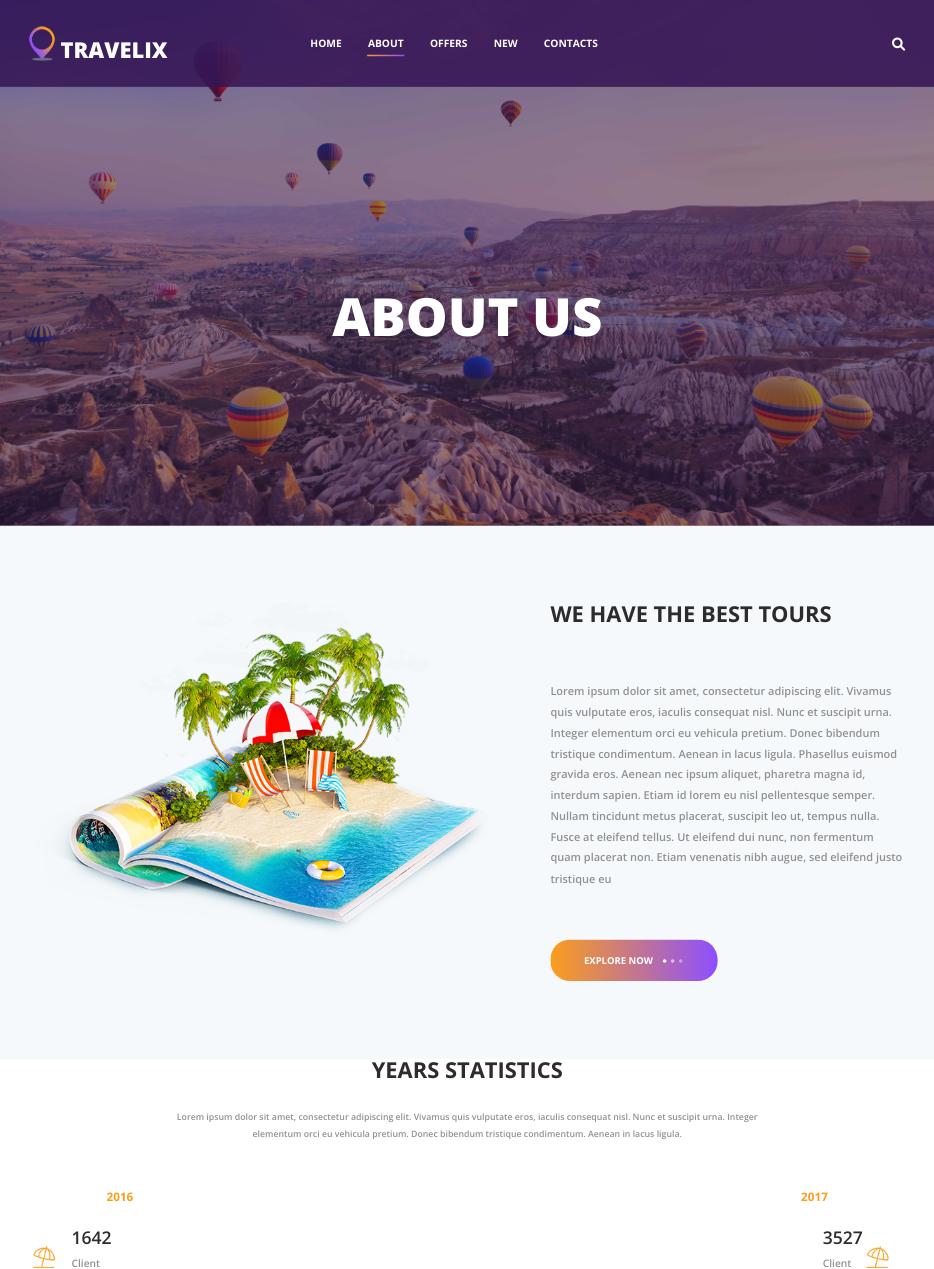
Repository: phamhuuloc/Travelix_Template
Page: about.html
An editor plug-in stored every save of this project. The page is shown before and after the next save, followed by the edit.
The browser window is 1280 px wide. The pictures show the whole page, at 73% of full size.
Backgrounds fixed to the window are drawn as part of the page. Some web fonts or font styles are not loaded; a fallback is used.

Above is the page before, as saved 2021-10-13 09:23:12.

### about.html
<!DOCTYPE html>
<html lang="en">
  <head>
    <meta charset="UTF-8" />
    <meta http-equiv="X-UA-Compatible" content="IE=edge" />
    <meta name="viewport" content="width=device-width, initial-scale=1.0" />
    <title>Document</title>
    <link rel="shortcut icon" href="./assets/img/logo.png" />
    <link
      href="https://fonts.googleapis.com/css2?family=Caramel&display=swap"
      rel="stylesheet"
    />
    <!-- GOOGLE FONT -->
    <link
      href="https://fonts.googleapis.com/css2?family=Birthstone&display=swap"
      rel="stylesheet"
    />
    <!-- FONT AWESOME -->
    <link
      rel="stylesheet"
      href="https://cdnjs.cloudflare.com/ajax/libs/font-awesome/6.0.0-beta2/css/all.min.css"
      integrity="sha512-YWzhKL2whUzgiheMoBFwW8CKV4qpHQAEuvilg9FAn5VJUDwKZZxkJNuGM4XkWuk94WCrrwslk8yWNGmY1EduTA=="
      crossorigin="anonymous"
      referrerpolicy="no-referrer"
    />
    <!-- CSS -->
    <link rel="stylesheet" href="./assets/css/reset.css" />
    <link rel="stylesheet" href="./assets/css/grid.css" />
    <link rel="stylesheet" href="./assets/css/base.css" />
    <link rel="stylesheet" href="./assets/css/about.css" />
  </head>
  <body>
    <header class="header">
      <div class="header-topbar" style="display: none">
        <div class="grid wide">
          <div class="header-topbar__container">
            <div class="row">
              <div class="col l-6">
                <div class="header-topbar__contact">
                  <ul>
                    <li>
                      <a href="">+84 945 000 917</a>
                    </li>
                    <li>
                      <a href=""><i class="fab fa-pinterest"></i></a>
                    </li>
                    <li>
                      <a href=""><i class="fab fa-facebook-f"></i></a>
                    </li>
                    <li>
                      <a href=""><i class="fab fa-twitter"></i></a>
                    </li>
                    <li>
                      <a href=""><i class="fab fa-dribbble"></i></a>
                    </li>
                    <li>
                      <a href=""><i class="fab fa-behance"></i></a>
                    </li>
                    <li>
                      <a href=""><i class="fab fa-linkedin-in"></i></a>
                    </li>
                  </ul>
                </div>
              </div>
              <div class="col l-6">
                <div class="header-topbar__login">
                  <ul>
                    <li><a href="">Login</a></li>
                    <li><a href="">|</a></li>
                    <li><a href="">Register</a></li>
                  </ul>
                </div>
              </div>
            </div>
          </div>
        </div>
      </div>
      <div class="header-nav">
        <div class="grid wide">
          <div class="header-nav__container">
            <div class="row">
              <div class="col l-3">
                <div class="logo">
                  <a href="" class="logo__link">
                    <img src="./assets/img/logo.png" alt="" />
                    <h2 class="logo__text">Travelix</h2>
                  </a>
                </div>
              </div>
              <div class="col l-6 m-0 c-0">
                <div class="nav-menu">
                  <ul class="nav-menu__list">
                    <li class="nav-menu__item">
                      <a href="index.html" class="nav-menu__link">Home</a>
                    </li>
                    <li class="nav-menu__item active">
                      <a href="./about.html" class="nav-menu__link">About</a>
                    </li>
                    <li class="nav-menu__item">
                      <a href="" class="nav-menu__link">Offers</a>
                    </li>
                    <li class="nav-menu__item">
                      <a href="" class="nav-menu__link">New</a>
                    </li>
                    <li class="nav-menu__item">
                      <a href="" class="nav-menu__link">Contacts</a>
                    </li>
                  </ul>
                </div>
              </div>
              <div class="col l-3">
                <div class="header-search">
                  <i class="fas fa-search header-search__icon"></i>
                </div>
              </div>
            </div>
          </div>
        </div>
      </div>
    </header>
    <div class="home">
      <div
        class="home-background"
        style="background-image: url(./assets/img/about.jpg)"
      ></div>
      <div class="home__title"><h1>About us</h1></div>
    </div>
    <section class="intro">
      <div class="grid wide">
        <div class="intro__container">
          <div class="row">
            <div class="col l-7 intro__img">
              <img src="./assets/img/intro_about.png" alt="" />
            </div>
            <div class="col l-5 intro__content">
              <h2 class="intro__title">WE HAVE THE BEST TOURS</h2>
              <p class="intro__desc">
                Lorem ipsum dolor sit amet, consectetur adipiscing elit. Vivamus
                quis vulputate eros, iaculis consequat nisl. Nunc et suscipit
                urna. Integer elementum orci eu vehicula pretium. Donec bibendum
                tristique condimentum. Aenean in lacus ligula. Phasellus euismod
                gravida eros. Aenean nec ipsum aliquet, pharetra magna id,
                interdum sapien. Etiam id lorem eu nisl pellentesque semper.
                Nullam tincidunt metus placerat, suscipit leo ut, tempus nulla.
                Fusce at eleifend tellus. Ut eleifend dui nunc, non fermentum
                quam placerat non. Etiam venenatis nibh augue, sed eleifend
                justo tristique eu
              </p>
              <div class="intro__btn">
                <div class="btn">
                  <div class="btn-bg"></div>
                  <a href="#" class="btn-link">
                    explore now
                    <span></span>
                    <span></span>
                    <span></span>
                  </a>
                </div>
              </div>
            </div>
          </div>
        </div>
      </div>
    </section>
    <section class="stats">
      <div class="grid wide">
        <div class="stats__container">
          <h2 class="stats__title">YEARS STATISTICS</h2>
          <div class="wrap_text">
            <p class="stats__text">
              Lorem ipsum dolor sit amet, consectetur adipiscing elit. Vivamus
              quis vulputate eros, iaculis consequat nisl. Nunc et suscipit
              urna. Integer elementum orci eu vehicula pretium. Donec bibendum
              tristique condimentum. Aenean in lacus ligula.
            </p>
          </div>
          <div class="stats__year">
            <div class="stats__year-last">2016</div>
            <div class="stats__year-new">2017</div>
          </div>
          <div class="stats__content">
            <div class="stats__item">
              <div class="stats__last">
                <div class="stats__icon">
                  <img src="./assets/img/stats_1.png" alt="" />
                </div>
                <div class="stats__content">
                  <div class="stats__number">1642</div>
                  <div class="stats__type">Client</div>
                </div>
              </div>
              <div class="stats__bar">
                <div class="stats__bar-perc"></div>
              </div>
              <div class="stats__new">
                <div class="stats__content">
                  <div class="stats__number">3527</div>
                  <div class="stats__type">Client</div>
                </div>
                <div class="stats__icon">
                  <img src="./assets/img/stats_1.png" alt="" />
                </div>
              </div>
            </div>
          </div>
        </div>
      </div>
    </section>
  </body>
</html>

### assets/css/grid.css
.grid {
  width: 100%;
  padding: 0;
}
.grid.wide {
  max-width: 1200px;

  margin: 0 auto;
}
.row {
  display: flex;
  flex-wrap: wrap;
  margin-left: -4px;
  margin-right: -4px;
}
.row.no-gutters {
  margin-left: 0;
  margin-right: 0;
}
.col {
  padding-left: 4px;
  padding-right: 4px;
}
.row.no-gutters .col {
  margin-left: 0;
  margin-right: 0;
}

.c-0 {
  display: none;
}

.c-1 {
  flex: 0 0 8.33333%;
  max-width: 8.33333%;
}

.c-2 {
  flex: 0 0 16.66667%;
  max-width: 16.66667%;
}

.c-3 {
  flex: 0 0 25%;
  max-width: 25%;
}

.c-4 {
  flex: 0 0 33.33333%;
  max-width: 33.33333%;
}

.c-5 {
  flex: 0 0 41.66667%;
  max-width: 41.66667%;
}

.c-6 {
  flex: 0 0 50%;
  max-width: 50%;
}

.c-7 {
  flex: 0 0 58.33333%;
  max-width: 58.33333%;
}

.c-8 {
  flex: 0 0 66.66667%;
  max-width: 66.66667%;
}

.c-9 {
  flex: 0 0 75%;
  max-width: 75%;
}

.c-10 {
  flex: 0 0 83.33333%;
  max-width: 83.33333%;
}

.c-11 {
  flex: 0 0 91.66667%;
  max-width: 91.66667%;
}

.c-12 {
  flex: 0 0 100%;
  max-width: 100%;
}

.c-o-1 {
  margin-left: 8.33333%;
}

.c-o-2 {
  margin-left: 16.66667%;
}

.c-o-3 {
  margin-left: 25%;
}

.c-o-4 {
  margin-left: 33.33333%;
}

.c-o-5 {
  margin-left: 41.66667%;
}

.c-o-6 {
  margin-left: 50%;
}

.c-o-7 {
  margin-left: 58.33333%;
}

.c-o-8 {
  margin-left: 66.66667%;
}

.c-o-9 {
  margin-left: 75%;
}

.c-o-10 {
  margin-left: 83.33333%;
}

.c-o-11 {
  margin-left: 91.66667%;
}
/* TABLET */
@media (min-width: 740px) {
  .row {
    margin-left: -8px;
    margin-right: -8px;
  }
  .col {
    padding-right: 8px;
    padding-left: 8px;
  }
  .m-0 {
    display: none;
  }
  .m-1,
  .m-2,
  .m-3,
  .m-4,
  .m-5,
  .m-6,
  .m-7,
  .m-8,
  .m-9,
  .m-10,
  .m-11,
  .m-12 {
    display: block;
  }

  .m-1 {
    flex: 0 0 8.33333%;
    max-width: 8.33333%;
  }

  .m-2 {
    flex: 0 0 16.66667%;
    max-width: 16.66667%;
  }

  .m-3 {
    flex: 0 0 25%;
    max-width: 25%;
  }

  .m-4 {
    flex: 0 0 33.33333%;
    max-width: 33.33333%;
  }

  .m-5 {
    flex: 0 0 41.66667%;
    max-width: 41.66667%;
  }

  .m-6 {
    flex: 0 0 50%;
    max-width: 50%;
  }

  .m-7 {
    flex: 0 0 58.33333%;
    max-width: 58.33333%;
  }

  .m-8 {
    flex: 0 0 66.66667%;
    max-width: 66.66667%;
  }

  .m-9 {
    flex: 0 0 75%;
    max-width: 75%;
  }

  .m-10 {
    flex: 0 0 83.33333%;
    max-width: 83.33333%;
  }

  .m-11 {
    flex: 0 0 91.66667%;
    max-width: 91.66667%;
  }

  .m-12 {
    flex: 0 0 100%;
    max-width: 100%;
  }

  .m-o-1 {
    margin-left: 8.33333%;
  }

  .m-o-2 {
    margin-left: 16.66667%;
  }

  .m-o-3 {
    margin-left: 25%;
  }

  .m-o-4 {
    margin-left: 33.33333%;
  }

  .m-o-5 {
    margin-left: 41.66667%;
  }

  .m-o-6 {
    margin-left: 50%;
  }

  .m-o-7 {
    margin-left: 58.33333%;
  }

  .m-o-8 {
    margin-left: 66.66667%;
  }

  .m-o-9 {
    margin-left: 75%;
  }

  .m-o-10 {
    margin-left: 83.33333%;
  }

  .m-o-11 {
    margin-left: 91.66667%;
  }
}
/* PC MEDIUM RESOLUTION */
@media (min-width: 1113px) {
  .row {
    margin-left: -12px;
    margin-right: -12px;
  }
  .row.sm-gutter {
    margin-left: -8px;
    margin-right: -8px;
  }
  .col {
    padding-left: 12px;
    padding-right: 12px;
  }
  .row.sm-gutter .col {
    padding-left: 8px;
    padding-right: 8px;
  }
  .l-0 {
    display: none;
  }

  .l-1,
  .l-2,
  .l-2-4,
  .l-3,
  .l-4,
  .l-5,
  .l-6,
  .l-7,
  .l-8,
  .l-9,
  .l-10,
  .l-11,
  .l-12 {
    display: block;
  }

  .l-1 {
    flex: 0 0 8.33333%;
    max-width: 8.33333%;
  }

  .l-2 {
    flex: 0 0 16.66667%;
    max-width: 16.66667%;
  }

  .l-2-4 {
    flex: 0 0 20%;
    max-width: 20%;
  }

  .l-3 {
    flex: 0 0 25%;
    max-width: 25%;
  }

  .l-4 {
    flex: 0 0 33.33333%;
    max-width: 33.33333%;
  }

  .l-5 {
    flex: 0 0 41.66667%;
    max-width: 41.66667%;
  }

  .l-6 {
    flex: 0 0 50%;
    max-width: 50%;
  }

  .l-7 {
    flex: 0 0 58.33333%;
    max-width: 58.33333%;
  }

  .l-8 {
    flex: 0 0 66.66667%;
    max-width: 66.66667%;
  }

  .l-9 {
    flex: 0 0 75%;
    max-width: 75%;
  }

  .l-10 {
    flex: 0 0 83.33333%;
    max-width: 83.33333%;
  }

  .l-11 {
    flex: 0 0 91.66667%;
    max-width: 91.66667%;
  }

  .l-12 {
    flex: 0 0 100%;
    max-width: 100%;
  }

  .l-o-1 {
    margin-left: 8.33333%;
  }

  .l-o-2 {
    margin-left: 16.66667%;
  }

  .l-o-3 {
    margin-left: 25%;
  }

  .l-o-4 {
    margin-left: 33.33333%;
  }

  .l-o-5 {
    margin-left: 41.66667%;
  }

  .l-o-6 {
    margin-left: 50%;
  }

  .l-o-7 {
    margin-left: 58.33333%;
  }

  .l-o-8 {
    margin-left: 66.66667%;
  }

  .l-o-9 {
    margin-left: 75%;
  }

  .l-o-10 {
    margin-left: 83.33333%;
  }

  .l-o-11 {
    margin-left: 91.66667%;
  }
}
/* TABLET AND PC */
@media (min-width: 740px) and (max-width: 1023px) {
  .wide {
    width: 644px;
  }
}
/* > PC  LOW RESOLUTION */
@media (min-width: 1024px) and (max-width: 1239px) {
  .wide {
    width: 984px;
  }
}
.form__item {
  display: flex;
  flex-direction: column;
}

### assets/css/base.css
@import url("https://fonts.googleapis.com/css?family=Open+Sans:300,400,600,700,800");
@font-face {
  font-family: "Beyond";
  src: url("../fonts/beyond_the_mountains.otf") format("truetype"),
    url("../fonts/beyond_the_mountains.ttf") format("opentype");
}

:root {
  --topbar-height: 3.6rem;
  --white-color: white;
  --gray-color: #929191;
  --primary-color: #fa9e1b;
  --bg-btn: linear-gradient(to right, #fa9e1b, #8d4fff, #fa9e1b);
  --bg-section: linear-gradient(to top right, #fa9e1b, #8d4fff);
  --black-color: #2d2c2c;
}
* {
  margin: 0;
  padding: 0;
  box-sizing: border-box;
}
html {
  font-size: 62.5%;
}
body {
  font-family: "Open Sans", sans-serif;
  text-rendering: optimizeLegibility;
  -webkit-font-smoothing: antialiased;
}
a {
  text-decoration: none;
}
i {
  display: block;
  width: 100%;
}
ul {
  list-style: none;
}
select {
  -webkit-appearance: none;
  -moz-appearance: none;
  text-indent: 1px;
  text-overflow: "";
}
img {
  display: block;
  max-width: 100%;
}
/* FONT */
@import url(https://fonts.googleapis.com/css?family=Open+Sans:300,400,600,700,800);
@font-face {
  font-family: "Beyond";
  src: url(../font/beyond_the_mountains.otf) format("truetype"),
    url(../font/beyond_the_mountains.ttf) format("opentype");
}
/* BUTTON */
/*  */
/* HEADER */

.header-topbar {
  height: var(--topbar-height);
  background-color: rgb(53, 10, 78);
}
.header-topbar li:hover a {
  color: var(--primary-color);
  transition: all 300ms ease;
}
.header-topbar__contact ul {
  display: flex;
  align-items: center;
  height: var(--topbar-height);
}
.header-topbar__contact li a {
  color: white;
  font-size: 1.2rem;
  margin-right: 2rem;
  text-transform: uppercase;
}
.header-topbar__login ul {
  height: var(--topbar-height);
  display: flex;
  align-items: center;
  justify-content: flex-end;
}
.header-topbar li a {
  color: var(--white-color);
  font-size: 1.2rem;
  padding: 0 2px;
  text-transform: uppercase;
}
.header-nav {
  background: rgba(54, 19, 84, 0.85);
  padding: 3.6rem 0;
  position: fixed;
  z-index: 99;
  width: 100%;
}
.logo__link {
  display: flex;
  align-items: flex-end;
}
.logo__text {
  color: var(--white-color);
  font-weight: 800;
  font-size: 3rem;
  text-transform: uppercase;
  margin-left: 8px;
}
.nav-menu {
  height: 100%;
  display: flex;
  align-items: center;
}
.nav-menu__list {
  width: 100%;
  display: flex;
  align-items: center;
  justify-content: center;
}
.nav-menu__link {
  font-size: 1.4rem;
  color: var(--white-color);
  font-weight: 650;
  text-transform: uppercase;
  margin-right: 3.6rem;
  position: relative;
}
.nav-menu__link::after {
  content: "";
  display: block;
  position: absolute;
  left: -1px;
  bottom: -8px;
  width: calc(100% + 2px);
  height: 2px;
  opacity: 0;
  transition: all 300ms ease;
  background: linear-gradient(to right, #fa9e1b, #8d4fff);
}
.active .nav-menu__link::after {
  opacity: 1;
}
.nav-menu__item:hover .nav-menu__link::after {
  opacity: 1;
}
.header-search {
  height: 100%;
  display: flex;
  align-items: center;
  justify-content: flex-end;
}
.header-search__icon {
  display: contents;
  text-align: right;
  color: var(--white-color);
  font-size: 1.8rem;
  font-weight: 600;
  cursor: pointer;
}
.header-search__icon:hover {
  color: var(--primary-color);
  transition: all 300ms ease;
}
/* HOME */
.home {
  position: relative;
  width: 100%;
  height: 100vh;
  background: #31124b;
}
.home-background {
  position: absolute;
  top: 0;
  left: 0;
  width: 100%;
  height: 100%;
  background-repeat: no-repeat;
  background-position: center center;
  background-size: cover;
  opacity: 0.5;
}
.home-container {
  position: absolute;
  top: 50%;
  left: 50%;
  transform: translate(-50%, -50%);
}
.home-title__heading {
  font-size: 9.2rem;
  color: var(--white-color);
  font-weight: 900;
  text-transform: uppercase;
}
.home-title__heading:nth-child(2) {
  font-family: Beyond;
  font-size: 6rem;
  text-align: center;
}
/*home button */
.btn {
  display: inline-block;
  border-radius: 27px;
  overflow: hidden;
  position: relative;
  margin-top: 70px;
  left: 50%;
  transform: translateX(-50%);
}
.btn:hover .btn-bg {
  transform: translateX(-50%);
}
.btn-bg {
  z-index: 0;
  position: absolute;
  top: 0;
  left: 0;
  width: 200%;
  height: 100%;
  background: var(--bg-btn);
  transition: all 400ms ease;
  cursor: pointer;
}
.btn-link {
  display: block;
  font-size: 13px;
  font-weight: 700;
  color: #fff;
  text-transform: uppercase;
  padding: 2.2rem 0;
  padding-left: 46px;
  padding-right: 46px;
  white-space: nowrap;
  position: relative;
}
.btn-link span {
  display: inline-block;
  background-color: white;
  width: 5.5px;
  height: 5.5px;
  border-radius: 50%;
  vertical-align: middle;
  margin-right: 2px;
}
.btn-link span:first-child {
  margin-left: 1rem;
}
.btn-link span:nth-child(2) {
  opacity: 0.6;
}
.btn-link span:last-child {
  opacity: 0.4;
}
/* CONTACT FORM */
.contact {
  margin-top: 10.3rem;
  width: 100%;
  padding-bottom: 105px;
  position: relative;
}
.contact-background {
  position: absolute;
  bottom: -34px;
  width: 100%;
  height: 114%;
  background-size: cover;
  background-position: center center;
  background-repeat: no-repeat;
}
.contact-container {
  position: relative;
  z-index: 2;
}
.contact-form {
  background: var(--bg-section);
  padding: 8.4rem 7.6rem 4.8rem;
}
.form-heading {
  font-size: 3rem;
  font-weight: 700;
  color: var(--white-color);
  text-transform: uppercase;
  margin-bottom: 8.6rem;
}
.form-input {
  color: var(--white-color);
  font-size: 1.6rem;
  padding: 1rem;
  width: 100%;
  border: 0;
  border-bottom: 2px solid white;
  background-color: transparent;
  margin-bottom: 3rem;
  outline: none;
}
.form-input::-webkit-input-placeholder {
  color: white;
  font-size: 1.4rem;
}
.input-messages {
  /* height: 126px; */
}
.contact-btn {
  margin-top: 5rem;
  border-radius: 2.7rem;
  background-color: #31124b;
  display: inline-flex;
  align-items: center;
  justify-content: center;
  cursor: pointer;
}
.contact-btn:hover {
  opacity: 0.8;
  transition: all 0.3s ease;
}
.contact-btn .btn-link {
  padding: 22px 29px;
}
/* FOOTER */
.footer {
  background: #31124b;
  padding: 8.5rem 10.3rem 11.8rem;
  /* position: absolute; */
}
.footer__item {
  position: relative;
}
.footer__logo {
  position: absolute;
  top: -2.9rem;
}
.footer__about {
  padding-top: 67px;
}
.footer__about-desc {
  font-size: 1.6rem;
  font-weight: 600;
  color: var(--white-color);
  line-height: 2;
  margin-bottom: 2rem;
}
.social-list {
  display: flex;
}
.social-item {
  display: flex;
  align-items: center;
  justify-content: center;
  width: 3.1rem;
  height: 3.1rem;
  border-radius: 50%;
  margin-right: 12px;
  cursor: pointer;
  transition: all 0.3s ease;
  border: 1px solid var(--primary-color);
}
.social-item:hover {
  background-color: var(--primary-color);
}
.social-item a i {
  font-size: 10px;
  color: var(--white-color);
}
.footer__blog-item {
  display: flex;
  margin-bottom: 2.1rem;
}
.footer__blog-item img {
  margin-right: 20px;
}
.footer__blog-content {
  display: flex;
  flex-direction: column;
}
.footer__blog-title {
  font-size: 1.4rem;
  color: var(--white-color);
  margin-bottom: 1.4rem;
  cursor: pointer;
}
.footer__blog-title:hover {
  color: var(--primary-color);
}
.footer__blog-date {
  font-size: 1.2rem;
  color: var(--primary-color);
}
.tag__item {
  display: flex;
  align-items: center;
  justify-content: center;
  padding: 12px 25px;
  margin-right: 9px;
  margin-bottom: 9px;
  border: 1px solid var(--primary-color);
  transition: all 0.3s ease;
  float: left;
  cursor: pointer;
}
.tag__item:hover {
  cursor: pointer;
  background-color: var(--primary-color);
}
.tag__item a {
  color: var(--white-color);
  font-size: 1.4rem;
  font-weight: 600;
}
.contact__info-item {
  display: flex;
}
.contact__info-icon {
  width: 2rem;
  height: 2rem;
  margin-right: 8px;
}
.contact__info-text {
  font-size: 1.4rem;
  color: var(--white-color);
  line-height: 1.8;
  margin-bottom: 2.4rem;
}
.copyright {
  background: #1f0733;
  padding: 20px 0;
}
.copyright__container {
  color: var(--white-color);
  font-size: 1.6rem;
}
.copyright__container a {
  transition: all 0.3s ease;
  color: blue;
}
.copyright__container a:hover {
  color: var(--primary-color);
}
.copyright__container i {
  display: contents;
  color: red;
}

### assets/css/about.css
.home-background {
  background-repeat: no-repeat;
  background-position: bottom center;
  background-attachment: fixed;
  background-size: cover;
}
.home__title {
  position: absolute;
  top: 55%;
  left: 50%;
  transform: translateX(-50%);
}
.home__title h1 {
  font-size: 7.2rem;
  font-weight: 800;
  color: var(--white-color);
  text-transform: uppercase;
}
/* INTRO */
.intro {
  padding: 10.6rem 0;
  background-color: #f6f9fb;
}
.intro__title {
  font-size: 3rem;
  font-weight: 700;
  color: var(--black-color);
  margin-bottom: 7.6rem;
  text-transform: uppercase;
}
.intro__desc {
  font-size: 1.5rem;
  font-weight: 600;
  color: var(--gray-color);
  line-height: 1.9;
}
.intro__btn .btn {
  left: 0;
  transform: translateX(0);
}
.stats__title {
  text-align: center;
  font-size: 3rem;
  font-weight: 700;
  color: var(--black-color);
  margin-bottom: 3.8rem;
}
.wrap_text {
  text-align: center;
  display: flex;
  justify-content: center;
  margin-bottom: 6.6rem;
}
.stats__text {
  font-size: 1.2rem;
  font-weight: 600;
  line-height: 1.9;
  color: var(--gray-color);
  max-width: 84rem;
}
.stats__year {
  display: flex;
  align-items: center;
  justify-content: space-between;
  padding: 0 10.6rem;
  margin-bottom: 3.6rem;
}
.stats__year-last,
.stats__year-new {
  font-size: 1.6rem;
  font-weight: 700;
  color: var(--primary-color);
}
.stats__item {
  display: flex;
  align-items: center;
  justify-content: space-between;
}
.stats__last {
  display: flex;
  align-items: flex-end;
}
.stats__icon {
  margin-right: 1.8rem;
}
.stats__number {
  font-size: 2.4rem;
  font-weight: 600;
  color: var(--black-color);
  margin-bottom: 1.6rem;
}
.stats__type {
  font-size: 1.4rem;
  font-weight: 600;
  color: var(--gray-color);
}
.stats__new {
  display: flex;
  align-items: flex-end;
}

Loaded but not shown: assets/css/reset.css (common file)

After the next save:
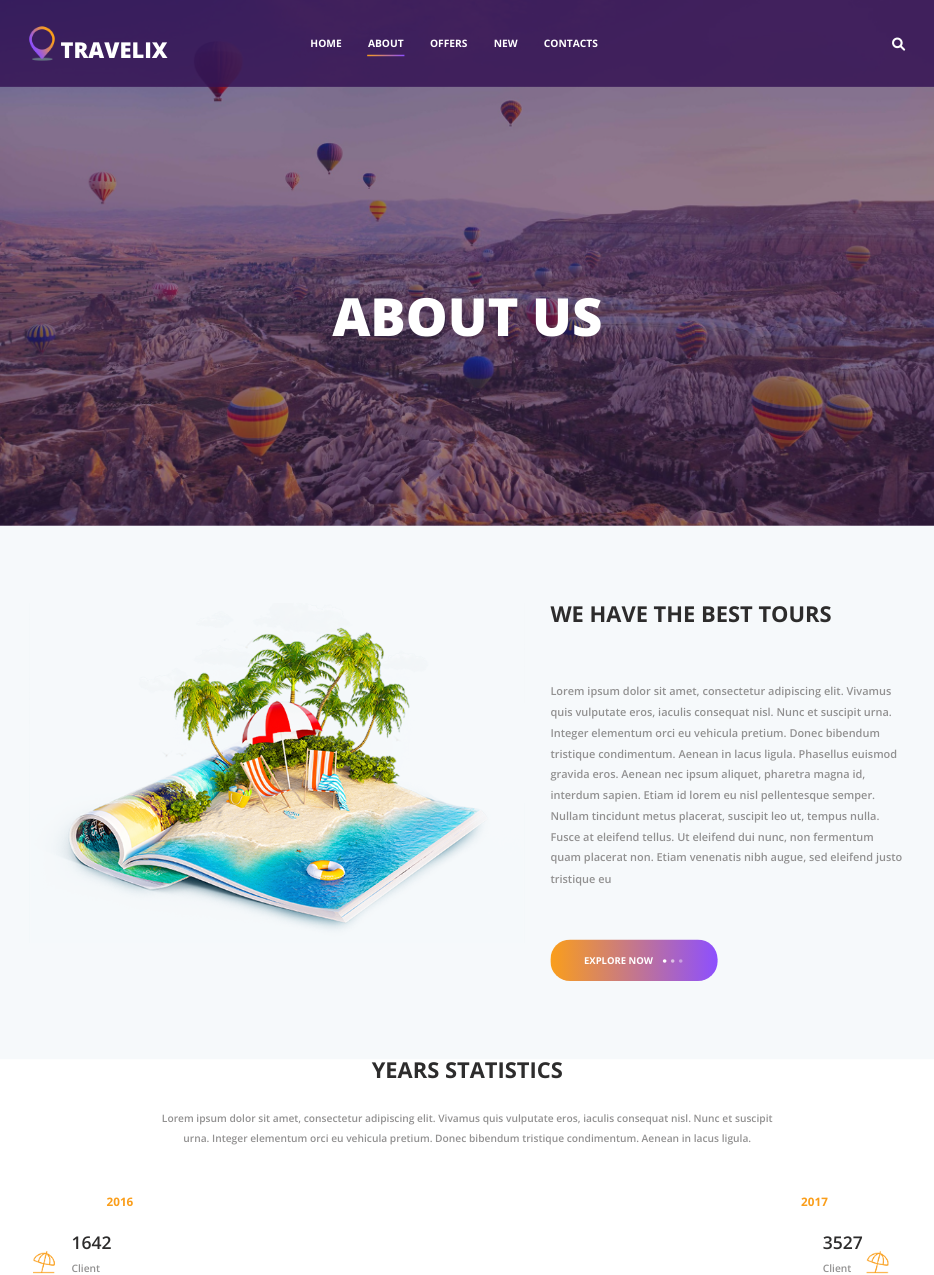
Saved 82 s later.
--- a/assets/css/about.css
+++ b/assets/css/about.css
@@ -52,7 +52,7 @@
   margin-bottom: 6.6rem;
 }
 .stats__text {
-  font-size: 1.2rem;
+  font-size: 1.4rem;
   font-weight: 600;
   line-height: 1.9;
   color: var(--gray-color);
